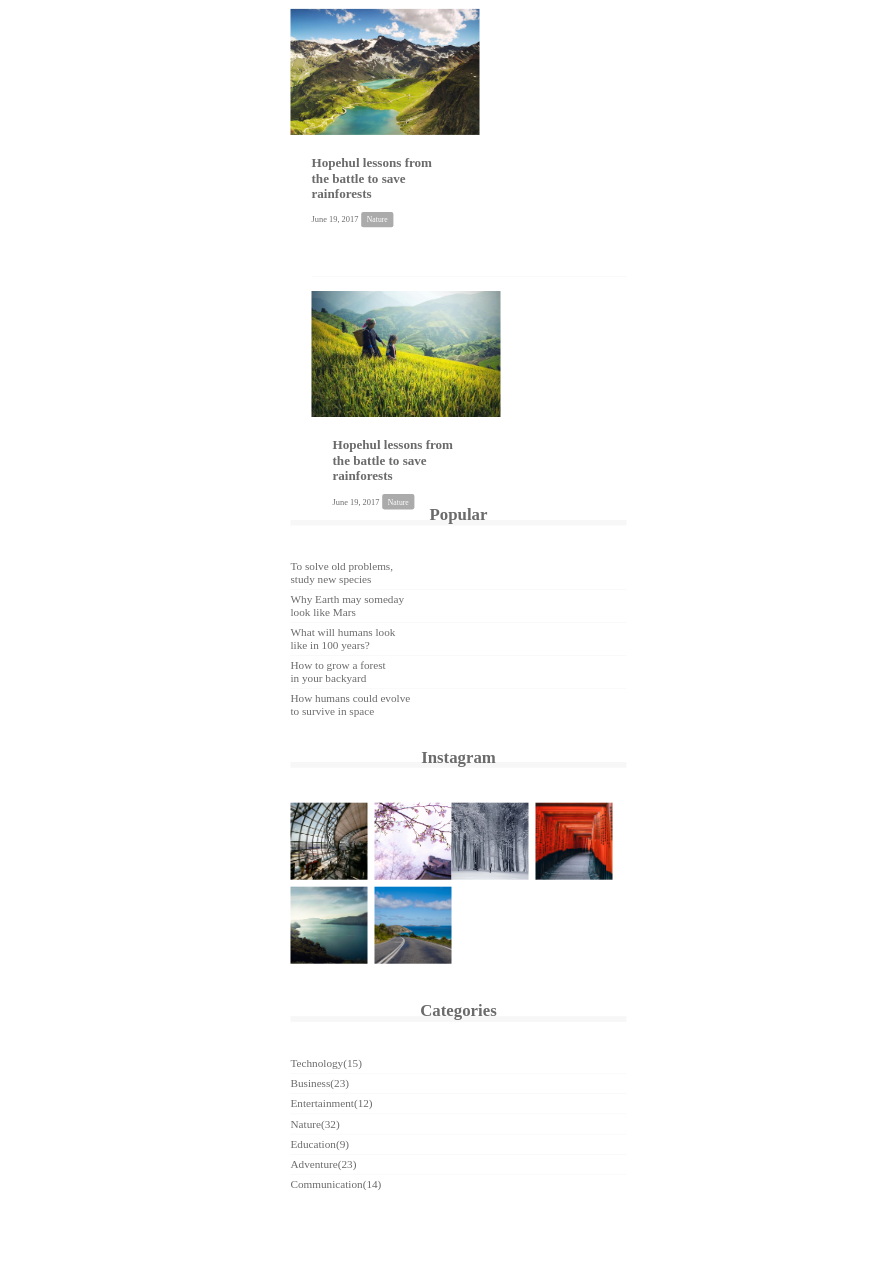
Repository: tttstk518/git-practice
Page: caravan/index.html
The author's editor kept a record of every edit. The page is drawn from the files as they stood at one moment, then again after the next edit.
The browser window is 1280 px wide. The pictures show the part of the page from y = 1784 to 3704 px (the page is 3624 px tall before and 3704 px after), at 70% of full size.

Above is the page before.

### caravan/index.html
<!DOCTYPE html>
<html lang="ja">
  <head>
    <meta charset="UTF-8" />
    <!-- CSSファイルの読み込み　-->
    <link rel="stylesheet" href="style.css" />
    <title>CARAVAN</title>
  </head>

  <body>

    <! -- header用のdiv -->

    <header>
      <h1 class="heading">
      <a href="index.html">
        CARAVAN
      </a>
      </h1>
    </header>

    <!-- navigation -->

  <nav>
    <ul class="nav-list">
      <li class="nav-list-item">
        <a href="index.html">Home</a>
      </li>
      <li class="nav-list-item">About</li>
      <li class="nav-list-item">Topic</li>
  </ul>
  </nav>

    <! -- mai-visual用のdiv -->

    <div class="main-visual">
      <div class="main-visual-content">

        <!-- pタグを追加-->
    <p class="main-visual-text">
      The world is a book<br />
      and those who do not travel<br >
      read only one page.
    </p>
    <p class="main-visual-name">
       St. Augustine
    </p>
   </div>
  </div>

    <!-- main用のdiv-->
<main>
  <section class="blog">
    <h2 class="blog-heading">Recent Blogs</h2>

    <div class="blog-box"></div>
     <div class="blog-item"></div>
      <img class="blog-image" src="img/forest.jpg">
      <section class="blog-text">
       <h3 class="blog-text-heading">

         <a href="single.html">
           Hopehul lessons from<br>
           the battle to save<br>
           rainforests
         </a>

       </h3>
       <p class="blog-date">June 19, 2017</p>
       <span class="category">Nature</span>
  </section>


    <div class="blog-box"></div>
     <div class="blog-item"></div>
      <img class="blog-image" src="img/desert.jpg">
      <section class="blog-text">
       <h3 class="blog-text-heading">

         <a href="single.html">
           Hopehul lessons from<br>
           the battle to save<br>
           rainforests
         </a>

       </h3>
       <p class="blog-date">June 19, 2017</p>
       <span class="category">Nature</span>

    <div class="blog-box"></div>
     <div class="blog-item"></div>
      <img class="blog-image" src="img/sunset.jpg">
      <section class="blog-text">
       <h3 class="blog-text-heading">

         <a href="single.html">
           Hopehul lessons from<br>
           the battle to save<br>
           rainforests
         </a>

       </h3>
       <p class="blog-date">June 19, 2017</p>
       <span class="category">Nature</span>

    <div class="blog-box"></div>
     <div class="blog-item"></div>
      <img class="blog-image" src="img/italy.jpg">
      <section class="blog-text">
       <h3 class="blog-text-heading">

         <a href="single.html">
           Hopehul lessons from<br>
           the battle to save<br>
           rainforests
         </a>

       </h3>
       <p class="blog-date">June 19, 2017</p>
       <span class="category">Nature</span>

    <div class="blog-box"></div>
     <div class="blog-item"></div>
      <img class="blog-image" src="img/asia.jpg">
      <section class="blog-text">
       <h3 class="blog-text-heading">

         <a href="single.html">
           Hopehul lessons from<br>
           the battle to save<br>
           rainforests
         </a>

       </h3>
       <p class="blog-date">June 19, 2017</p>
       <span class="category">Nature</span>

     </section>
    </div>
  </section>

   <div class="sidebar"></div
   <div class="sidebar">
        <section class="popular">
          <h2 class="popular-heading common-heading">Popular</h2>
          <div class="sidebar-contents">
            <p class="popular-text">To solve old problems,<br>study new species</p>
            <p class="popular-text">Why Earth may someday<br>look like Mars</p>
            <p class="popular-text">What will humans look<br>like in 100 years?</p>
            <p class="popular-text">How to grow a forest<br>in your backyard</p>
            <p class="popular-text">How humans could evolve<br>to survive in space</p>
          </div>
        </section>
        <section class="instagram">
          <h2 class="instagram-heading common-heading">Instagram</h2>
          <div class="sidebar-contents">
            <div class="instagram-box"></div>
            <div class="instagram-box"></div>
            <div class="instagram-box"></div>
            <div class="instagram-box"></div>
            <div class="instagram-box"></div>
            <div class="instagram-box"></div>
          </div>
        </section>
        <section class="categories">
          <h2 class="categories-heading common-heading">Categories</h2>
          <div class="sidebar-contents">
            <p class="categories-text">Technology(15)</p>
            <p class="categories-text">Business(23)</p>
            <p class="categories-text">Entertainment(12)</p>
            <p class="categories-text">Nature(32)</p>
            <p class="categories-text">Education(9)</p>
            <p class="categories-text">Adventure(23)</p>
            <p class="categories-text">Communication(14)</p>
          </div>
        </section>
      </div>
    </main>



    <! -- footer用のdiv -->

    <footer>
      <p class="footer-text"> All rights reserved by Infratop.Inc.</p>
    </footer>
  </body>
</html>

### caravan/style.css
/* ブラウザがそれぞれ持っているCSSをリセットするための記述　*/

* {
  margin: 0;
  padding: 0;
  box-sizing: border-box;
  color: #6c6b6b;
}

a {
  text-decoration: none;
}

header {
  width: 90%;  /* 横幅90　*/
  padding: 15px 0;
  margin: 0 auto;
  text-align: center;
  position: relative; /* #socialの基準位置を相対位置へ変更する*/

}

.social {
  display: inline-block;
  margin-left: 20px;
}

header .heading {
  /* headerタグ内のheadingクラスにのみ反映される*/
  font-size: 32px;
}

.nav-list {
  text-align: center;
  padding: 10px 0;
  margin: 0 auto;
}

.nav-list-item {
  list-style: none;
  display: inline-block;
  margin: 0 20px;
}

.main-visual {
  width: 100%; /*横幅いっぱい　*/
  height: 300px; /*高さ300px */
  background-image: url(img/mv.jpg);
  background-size: cover;
  background-position: center;

}

.main-visual-content {
  width: 40%;
  height: 300px;
  background-color: rgba(0,0,0,0.5);
  text-align: center; /*文字を中央揃えにする*/
  padding-top: 105px;

}
.main-visual-text {
  color: #fff;
}

.main-visual-name {
  margin-top: 30px;
  color: #fff
}

main {
  width: 800px;
  display: flex;
  justify-content: center;
  margin: 0 auto;
  padding: 70px 0 ;

}

.blog {
  width: 540px;
  margin-right: 30px;
}

.blog-heading {
  border-bottom: 8px solid #f7f7f7;
  text-align: center;
  line-height: 0.6;
}

.blog-box {
  padding-top: 50px;
}

.blog-item {
  padding-bottom: 20px;
  margin-bottom: 20px;
  border-bottom: 1px solid #f7f7f7;
  display: flex;
  justify-content: flex-start;
}
.blog-image {
  height: 180px;

}

.blog-text {
  padding: 25px 0 0 30px;
}
.blog-text-heading {
  padding-bottom: 15px;
}
.blog-date {
  font-size: 12px;
  display: inline-block;
}

.category {
  display: inline-block;
  padding: 5px 8px;
  background-color: #acabab;
  border-radius: 3px;
  color: #fff;
  font-size: 11px
}

.pagination {
  text-align: center;
  padding-top: 50px;
}

.pagination p {
  display: inline-block;
  width: 30px;
  height: 30px;
  margin: 0 5px;
  color: #fff;
  background-color: #acabab;
  border-radius: 3px;
  line-height: 30px;
}

.sidebar {
  width: 230px;
}

.common-heading {
  border-bottom: 8px solid #f7f7f7;
  text-align: center;
  line-height: 0.6;
}

.sidebar-contents {
  padding: 50px 0;
}

.popular-text,
.categories-text {
  padding-bottom: 5px;
  border-bottom: 1px solid #f7f7f7;
  margin-bottom: 5px;
}

.popular-text:last-child,
.categories-text:last-child {
  margin: 0;
  padding: 0;
  border: none;
}

.instagram .sidebar-contents {
  display: flex;
  flex-wrap: wrap;
}

.instagram-box {
  width: 110px;
  padding-top: 110px;
  background-size: cover;
  background-position: center;
  margin-bottom: 10px;
}

.instagram-box:nth-child(odd) {
  margin-right: 10px;
}

.instagram-box:nth-child(1) {
  background-image: url(img/airport.jpg);
}

.instagram-box:nth-child(2) {
  background-image: url(img/japan.jpg);
}

.instagram-box:nth-child(3) {
  background-image: url(img/snow.jpg);
}

.instagram-box:nth-child(4) {
  background-image: url(img/japan2.jpg);
}

.instagram-box:nth-child(5) {
  background-image: url(img/lake.jpg);
}

.instagram-box:nth-child(6) {
  background-image: url(img/road.jpg);
}


.footer {
  width: 100%;
  height: 120px;
  text-align: center;
  line-height: 120px;
  background-color: #848282;

}

.footer-text {
  color: #fff
}

After the next edit:
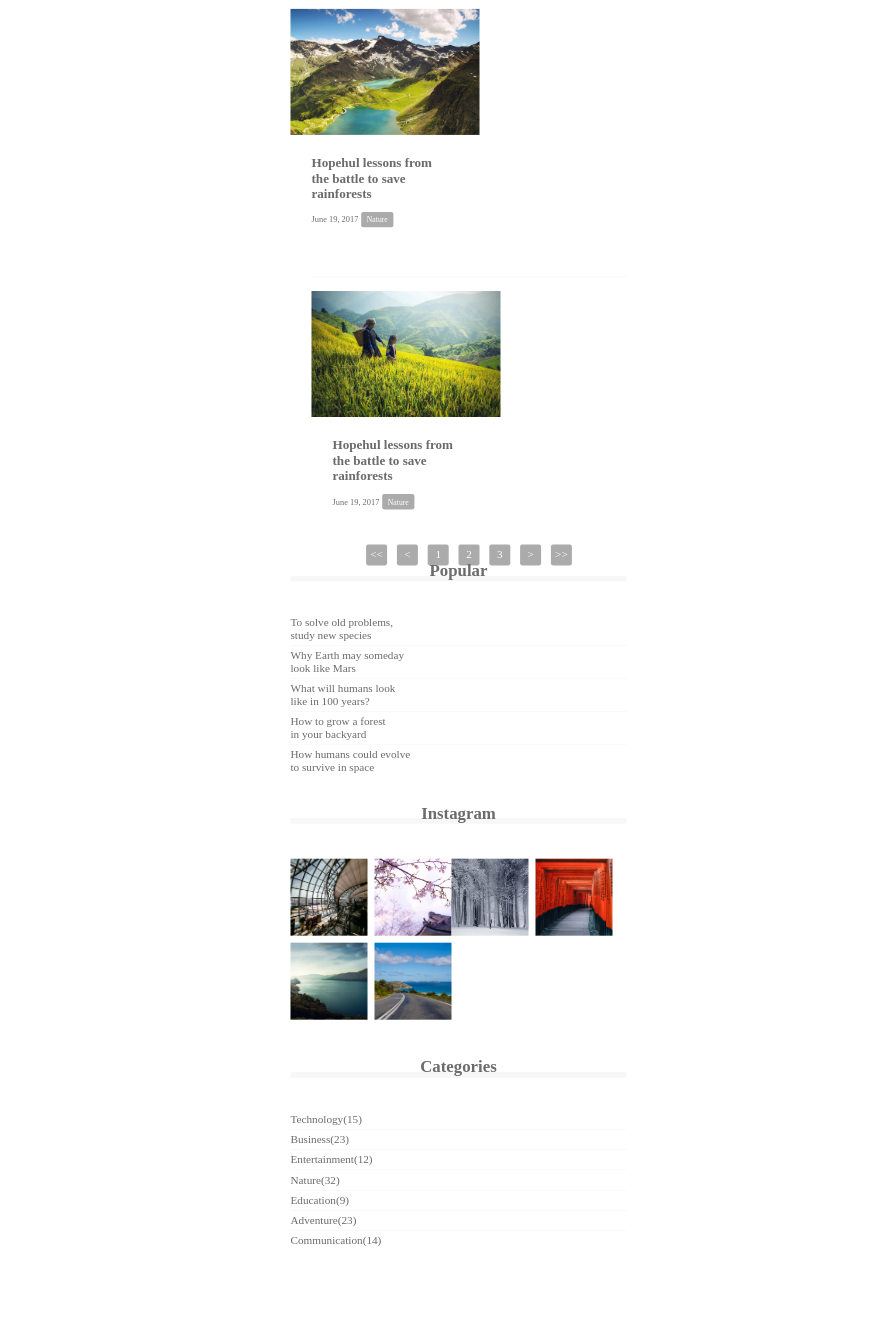
The edit:
--- a/caravan/index.html
+++ b/caravan/index.html
@@ -137,11 +137,20 @@
 
      </section>
     </div>
+
+     <div class="pagination">
+          <p><<</p>
+          <p><</p>
+          <p>1</p>
+          <p>2</p>
+          <p>3</p>
+          <p>></p>
+          <p>>></p>
+        </div>
   </section>
 
-   <div class="sidebar"></div
-   <div class="sidebar">
-        <section class="popular">
+   <div class="sidebar"></div>
+     <section class="popular">
           <h2 class="popular-heading common-heading">Popular</h2>
           <div class="sidebar-contents">
             <p class="popular-text">To solve old problems,<br>study new species</p>
